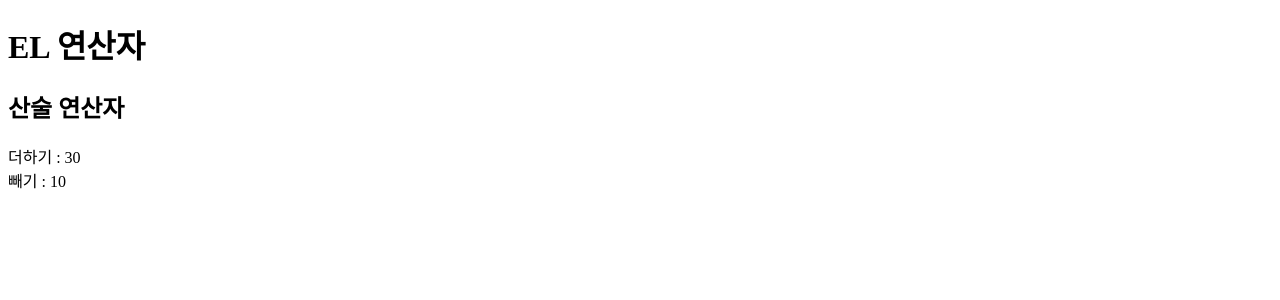
Repository: dnwpdud/WEB_CODES
Page: http://localhost/Web07_EL_JSTL/01_Expression_Language/02_operator.jsp
The author's editor kept a copy of each file at every save. The page is drawn from the files as they stood at one save, then again after the next save.
The browser window is 1280 px wide. The pictures show the whole page.
The page is served by Tomcat 9.

Above is the page before, as saved 2024-04-05 07:13:55.

After the next save:
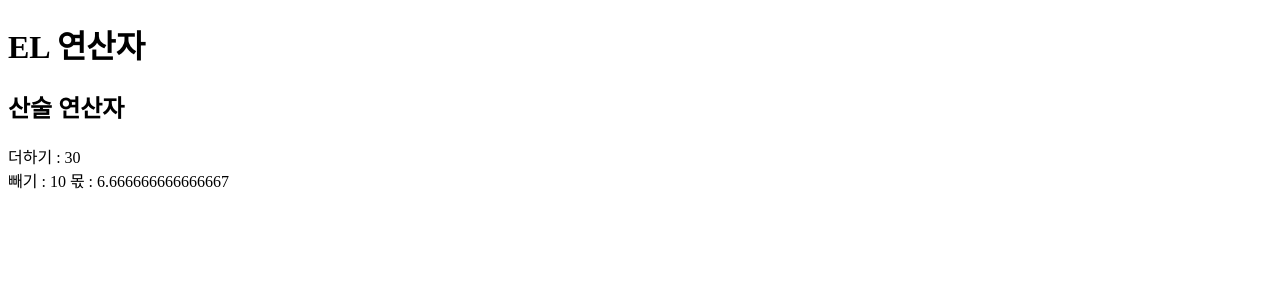
Saved 20 s later.
--- a/Web07_EL_JSTL/src/main/webapp/01_Expression_Language/02_operator.jsp
+++ b/Web07_EL_JSTL/src/main/webapp/01_Expression_Language/02_operator.jsp
@@ -34,6 +34,7 @@
 	<h2>산술 연산자</h2>
 	더하기 : ${20 + 10}<br>
 	빼기 : ${'20'- '10'}
+	몫 : ${'40' div '6' }
 
 
 </body>
